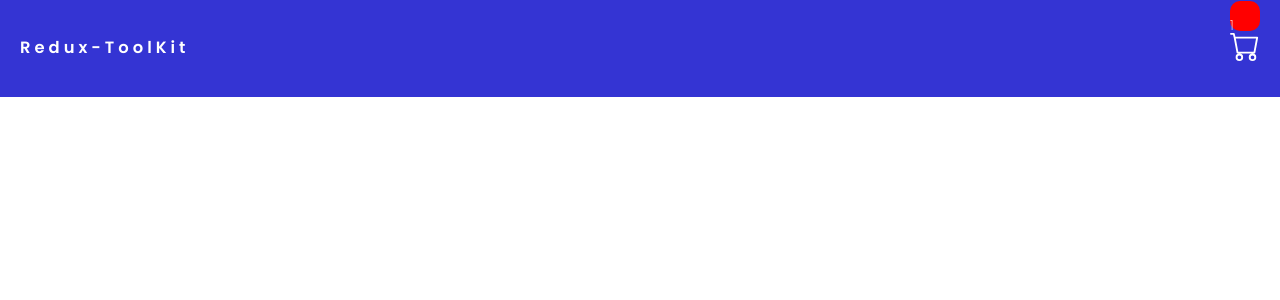
Repository: OmniaRafat232111121/shoppingCart
Page: /
The author's editor kept a copy of each file at every save. The page is drawn from the files as they stood at one save, then again after the next save.
The browser window is 1280 px wide. The pictures show the whole page.
The project was rebuilt for these pictures with package versions that can differ from the ones it lists, and the page was loaded fresh each time. Also part of the build but not shown: src/App.css.

Above is the page before, as saved 2023-02-07 01:53:58.

### src/index.js
import React from 'react';
import ReactDOM from 'react-dom/client';
import './index.css';
import App from './App';
import { Provider } from 'react-redux';
import { store } from './store';
const root = ReactDOM.createRoot(document.getElementById('root'));
root.render(
  <React.StrictMode>
    <Provider store={store}>
      <App />
    </Provider>
  </React.StrictMode>
);

### src/index.css
@import url('https://fonts.googleapis.com/css2?family=Poppins:ital,wght@0,100;0,200;0,600;1,100;1,200;1,500;1,600&display=swap');
body {
  margin:0;
  padding:0;
  box-sizing: border-box;
  line-height: 1.5;
  font-size: 0.875rem;
  font-family: 'Poppins', sans-serif;
}
nav{
  background-color: rgb(52, 52, 211);
  padding:20px 20px;
}
.nav-center{
  display: flex;
  align-items: center;
  justify-content: space-between;
  width:100%;
  color:#fff;
  margin:0 auto;
}
.nav-center h3{
  letter-spacing: 4px;
}
.nav-center h3:hover{
  letter-spacing: 2px;
}
.nav-container{
  position: relative;
}
.amount-container{
  position: absolute;
  top:-30px;
  background-color: red;
  border-radius: 10px;
  width:30px;
  height:30px;
}

### src/App.js
import './App.css';
import Navbar from './Component/Navbar';

function App() {
  return (
    <div className="App">
  <Navbar/>
    </div>
  );
}

export default App;

### src/store.js
import { configureStore } from "@reduxjs/toolkit";
import cartReducer from './features/cart/cartSlice'
export const store = configureStore({
    reducer: {
        cart:cartReducer
    }
})

### src/Component/Navbar.js
import React from 'react'
import { useSelector } from 'react-redux';
import {BsCart} from 'react-icons/bs'
const Navbar = () => {
    const {amount}=useSelector((state)=>state.cart)
  return (
      <>
          <nav>
              <div className='nav-center'>
                  <h3>Redux-ToolKit</h3>
                  <div className='nav-container'>
                      <BsCart size={30}  />
                      <div className='amount-container'>
            <p className='total-amount'>1</p>
          </div>
                  </div>

              </div>
          </nav>
      </>
  )
}

export default Navbar

### src/features/cart/cartSlice.js
import { createSlice } from "@reduxjs/toolkit";
const initialState = {
    cartItems: [],
    amount: 0,
    total: 0,
    isLoading:true
}
  const cartSlice = createSlice({
    name: 'cart',
    initialState,
})
console.log(cartSlice)
export default cartSlice.reducer

Loaded but not shown: public/index.html (common file)

After the next save:
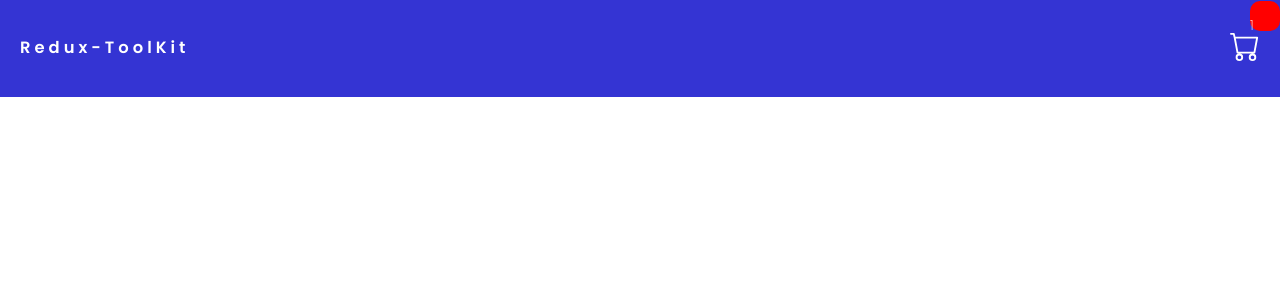
Saved 14 s later.
--- a/src/index.css
+++ b/src/index.css
@@ -31,6 +31,7 @@ nav{
 .amount-container{
   position: absolute;
   top:-30px;
+  left:20px;
   background-color: red;
   border-radius: 10px;
   width:30px;
